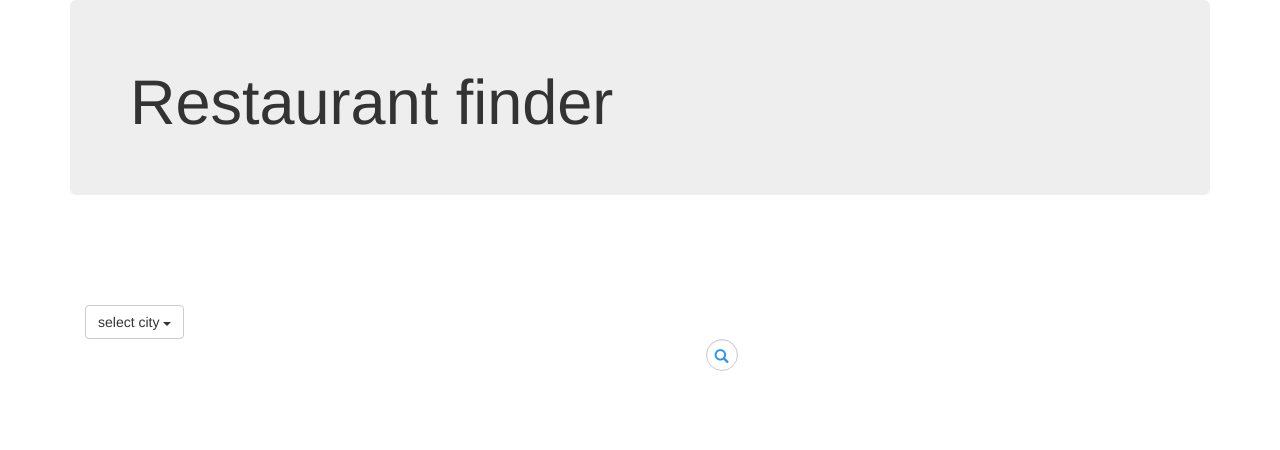
Repository: ganz-95/Denuvo-final
Page: http://localhost/restaurant/
An editor plug-in stored every save of this project. The page is shown before and after the next save, followed by the edit.
The browser window is 1280 px wide. The pictures show the whole page.
Some web libraries are served in a nearby version. The page is served by Tomcat 9.

Above is the page before, as saved 2017-01-23 15:33:34.

### workspace/restaurant/src/main/webapp/index.jsp
<!DOCTYPE html>
<html>
<head>
  <meta name="viewport" content="width=device-width, initial-scale=1">
  <link rel="stylesheet" href="https://maxcdn.bootstrapcdn.com/bootstrap/3.3.7/css/bootstrap.min.css">
  <script src="https://ajax.googleapis.com/ajax/libs/jquery/3.1.1/jquery.min.js"></script>
  <script src="https://maxcdn.bootstrapcdn.com/bootstrap/3.3.7/js/bootstrap.min.js"></script>
</head>
<body>
<div class="container" >
  <div class="jumbotron">
    <h1>              Restaurant finder             </h1>
     </div>



<div class="container" align="center">

  <br><br><br><br>

  <div class="dropdown" style="float:left">
    <button class="btn btn-default dropdown-toggle" type="button" data-toggle="dropdown">select city
    <span class="caret"></span></button>
    <ul class="dropdown-menu" align="center">
      <li class="dropdown-header">Popular</li>
      <li><a href="#">Chennai</a></li>
      <li><a href="#">Mumbai</a></li>
      <li><a href="#">Delhi</a></li>
      <li class="divider"></li>
      <li class="dropdown-header">Others</li>
      <li><a href="#">banglore</a></li>
      <li><a href="#">Hyderabad</a></li>
    </ul>
  </div>
</div>
<div class="container">
    <div class="row" style="float:right">
        <div class="col-md-6 col-md-offset-3">

        </div>
    </div>
    <div class="row">
        <div class="col-md-4 col-md-offset-3">
            <form action="" class="search-form">
                <div class="form-group has-feedback">
            		<label for="search" class="sr-only">Search</label>
            		<input type="text" class="form-control" name="search" id="search" placeholder="search">
              		<span class="glyphicon glyphicon-search form-control-feedback"></span>
            	</div>
            </form>
        </div>
    </div>
</div>
<style>
.search-form .form-group {
  float: right !important;
  transition: all 0.35s, border-radius 0s;
  width: 32px;
  height: 32px;
  background-color: #fff;
  box-shadow: 0 1px 1px rgba(0, 0, 0, 0.075) inset;
  border-radius: 25px;
  border: 1px solid #ccc;
}
.search-form .form-group input.form-control {
  padding-right: 20px;
  border: 0 none;
  background: transparent;
  box-shadow: none;
  display:block;
}
.search-form .form-group input.form-control::-webkit-input-placeholder {
  display: none;
}
.search-form .form-group input.form-control:-moz-placeholder {
  /* Firefox 18- */
  display: none;
}
.search-form .form-group input.form-control::-moz-placeholder {
  /* Firefox 19+ */
  display: none;
}
.search-form .form-group input.form-control:-ms-input-placeholder {
  display: none;
}
.search-form .form-group:hover,
.search-form .form-group.hover {
  width: 100%;
  border-radius: 4px 25px 25px 4px;
}
.search-form .form-group span.form-control-feedback {
  position: absolute;
  top: -1px;
  right: -2px;
  z-index: 2;
  display: block;
  width: 34px;
  height: 34px;
  line-height: 34px;
  text-align: center;
  color: #3596e0;
  left: initial;
  font-size: 14px;
}

</style>


</body>
</html>

After the next save:
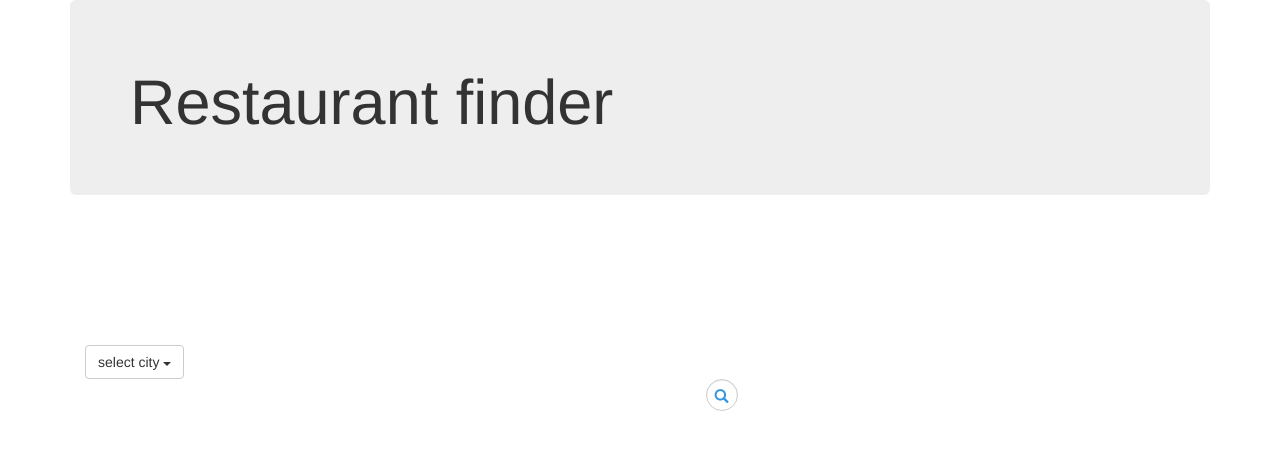
Saved 25 s later.
--- a/workspace/restaurant/src/main/webapp/index.jsp
+++ b/workspace/restaurant/src/main/webapp/index.jsp
@@ -16,7 +16,7 @@
 
 <div class="container" align="center">
 
-  <br><br><br><br>
+  <br><br><br><br><br><br>
 
   <div class="dropdown" style="float:left">
     <button class="btn btn-default dropdown-toggle" type="button" data-toggle="dropdown">select city
